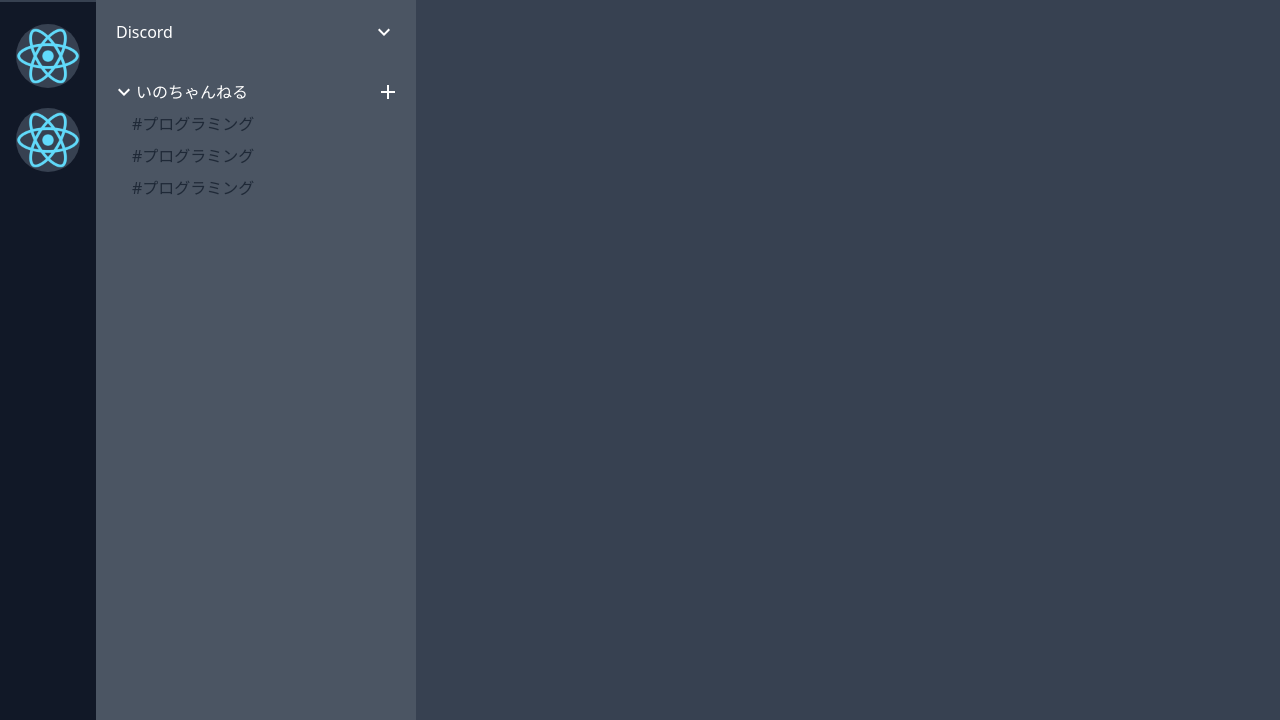
Repository: koheiino/discord-clone
Page: /
An editor plug-in stored every save of this project. The page is shown before and after the next save, followed by the edit.
The browser window is 1280 px wide. The pictures show the whole page.
The project was rebuilt for these pictures with package versions that can differ from the ones it lists, and the page was loaded fresh each time. Also part of the build but not shown: src/App.css.

Above is the page before, as saved 2023-04-05 23:48:59.

After the next save:
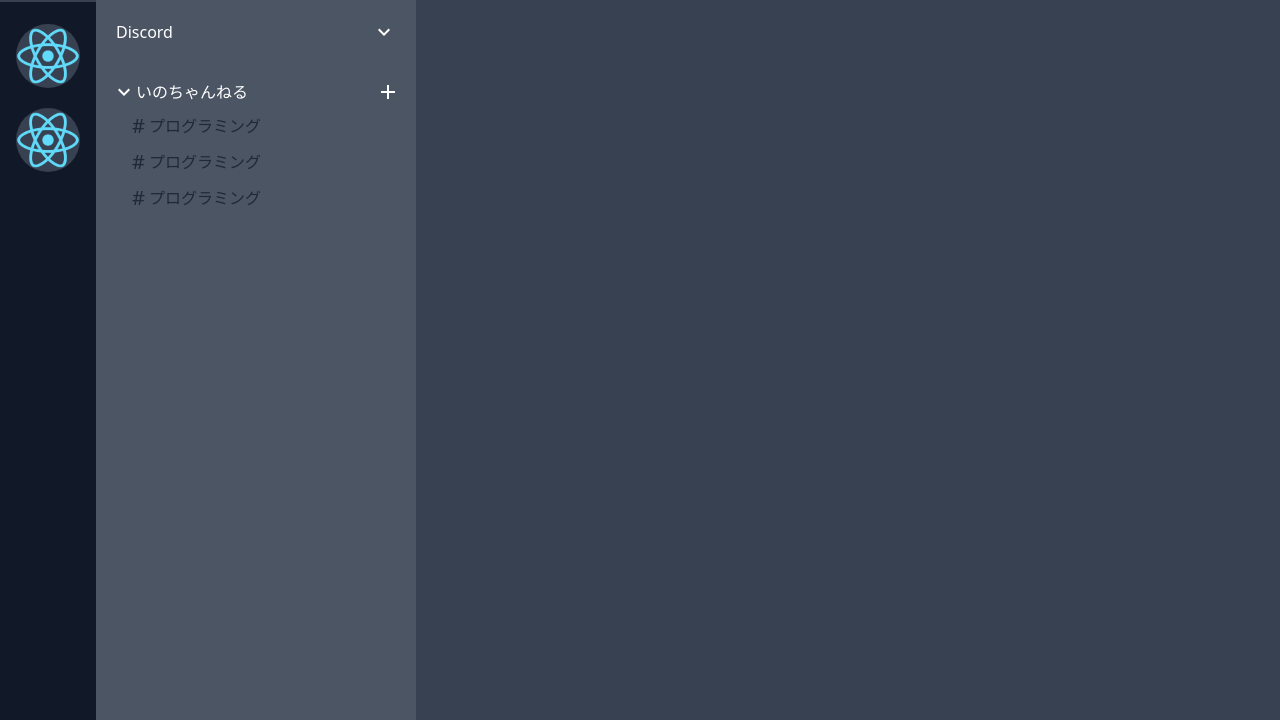
Saved 34 s later.
--- a/src/components/SidebarChannnel.tsx
+++ b/src/components/SidebarChannnel.tsx
@@ -5,7 +5,7 @@
     <div>
       <div className="sidebarChannel pl-5">
         <h4 className='text-gray-800 flex items-center p-1 cursor-pointer'>
-            <span className="sidebarChannelHash">
+            <span className="sidebarChannelHash text-xl pr-1">
                 #
             </span>
             プログラミング
